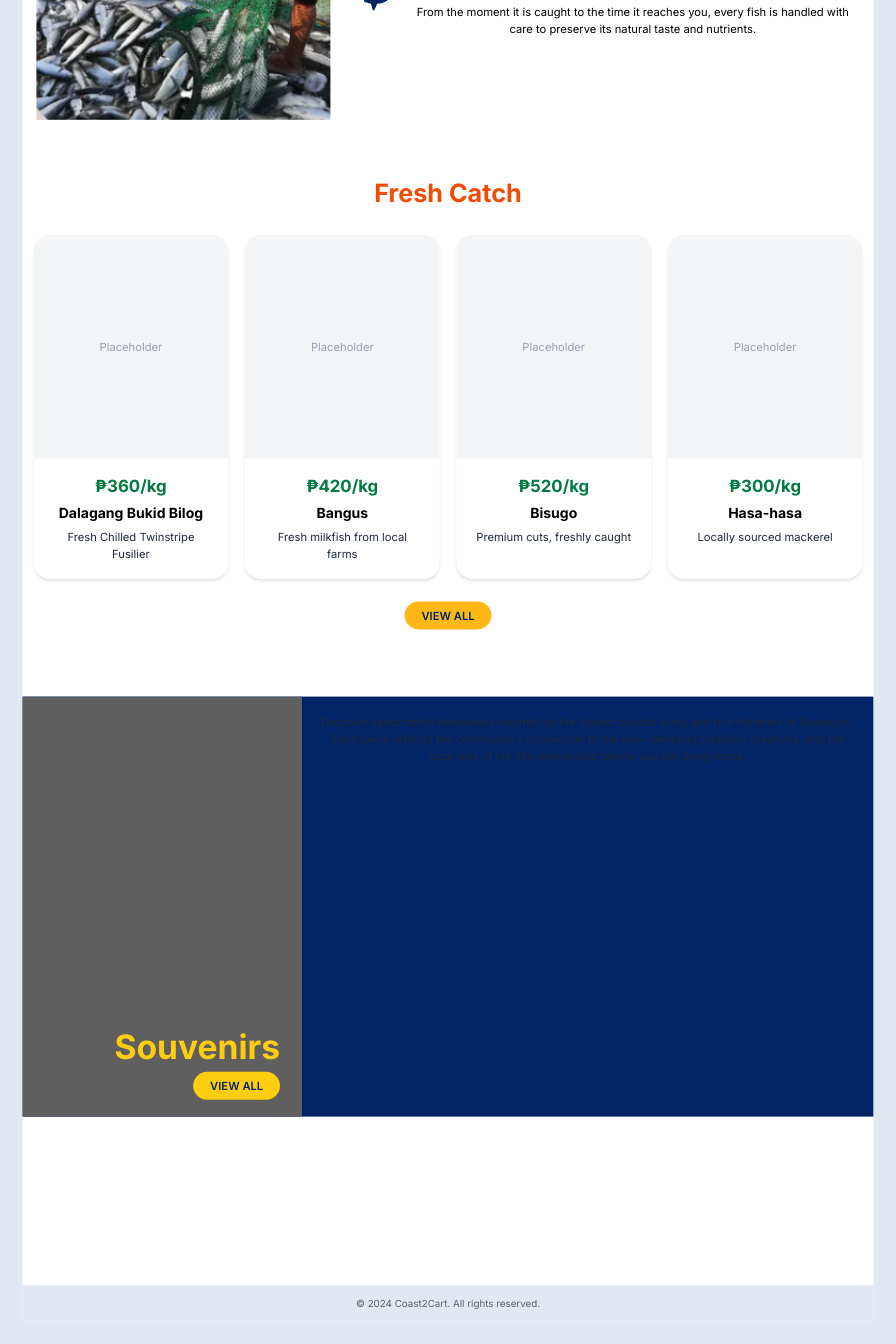
Repository: Coast2Card/coast2cart-frontend
Page: /
These files come from the project's save history. The page is drawn as it stood at one moment and after the next save; the edit follows.
The browser window is 1280 px wide. The pictures show the part of the page from y = 1873 to 3793 px (the page is 3793 px tall), at 70% of full size.
Pictures or frames that could not be fetched are drawn as grey boxes. The project was rebuilt for these pictures with package versions that can differ from the ones it lists, and the page was loaded fresh each time. Also part of the build but not shown: vite.config.js, src/pages/Seafood.jsx, src/pages/Souvenirs.jsx, src/pages/About.jsx, src/pages/Cart.jsx, src/pages/Profile.jsx, src/pages/Colors.jsx.

Above is the page before, as saved 2025-09-08 14:51:39.

After the next save:
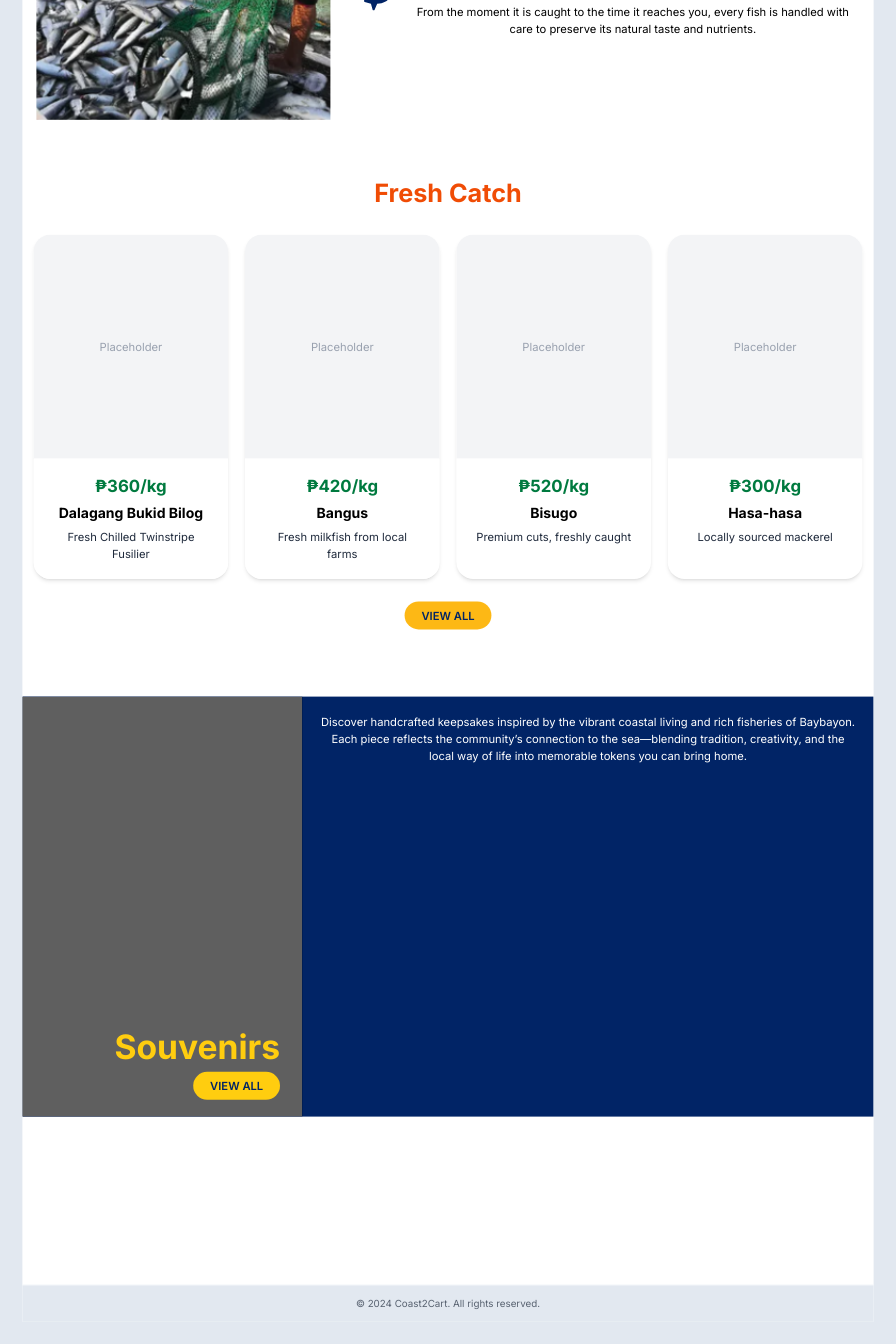
Saved 4 s later.
--- a/src/components/home/HomeSouvenirs.jsx
+++ b/src/components/home/HomeSouvenirs.jsx
@@ -20,7 +20,7 @@ const HomeSouvenirs = () => {
           src={souvenirBanner}
         />
       </div>
-      <article className="flex-1 flex flex-col p-6 gap-2">
+      <article className="flex-1 flex flex-col p-6 text-white gap-2">
         <p>
           Discover handcrafted keepsakes inspired by the vibrant coastal living
           and rich fisheries of Baybayon. Each piece reflects the community’s
